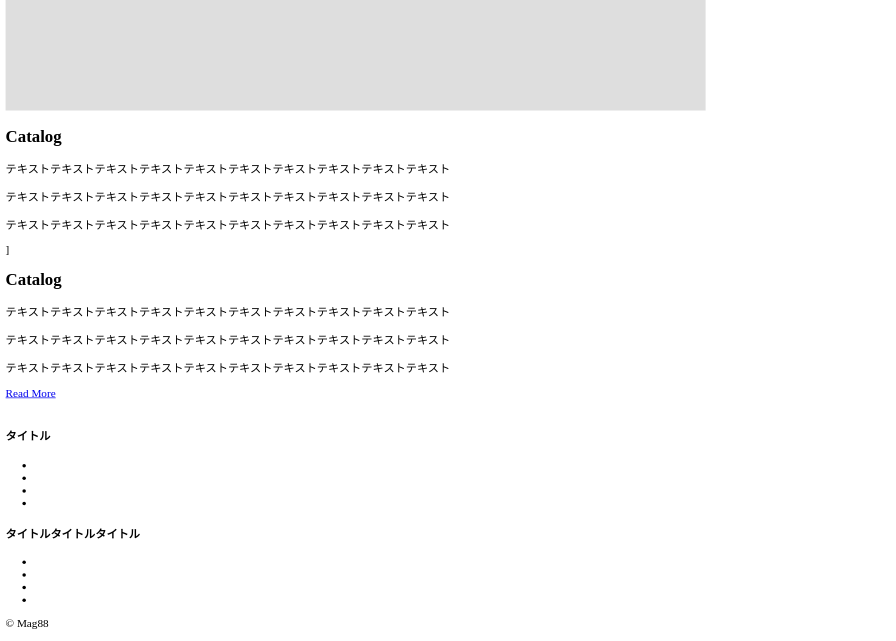
Repository: Fuki-san/bookstore
Page: http://localhost/book
These files come from the project's save history. The page is drawn as it stood at one moment and after the next save; the edit follows.
The browser window is 1280 px wide. The pictures show the part of the page from y = 3407 to 5327 px (the page is 4323 px tall before and 5327 px after), at 70% of full size.
The page is served by the project's Laravel application, run on PHP 8.4 with Laravel 10. Other server files are loaded and not shown.

Above is the page before, as saved 2023-11-20 12:23:37.

### routes/web.php
<?php

use Illuminate\Support\Facades\Route;

/*
|--------------------------------------------------------------------------
| Web Routes
|--------------------------------------------------------------------------
|
| Here is where you can register web routes for your application. These
| routes are loaded by the RouteServiceProvider and all of them will
| be assigned to the "web" middleware group. Make something great!
|
*/

Route::get('/', function () {
    return view('welcome');
});

Route::get('book', function() {
    return view('bookstore');
})->name('book');

### resources/views/bookstore.blade.php
@extends('layouts.main')

@section('title', 'bookstore')

@section('content')
    <header>
        <h1 class="site-title"><img src="img/logo.svg" alt="Mag88"></h1>
    </header>

    <main>
        <section id="magazine" class="wrapper">
            <h2 class="sec-title">A special, long article in a newspaper or magazine</h2>
            <p>テキストテキスト</p>
            <div class="flex-item">
                <a class="item" href="#">
                    <img src="img/magazine-archive.jpg">
                    <div class="text">
                        <p class="title">Archive</p>
                        <p>
                            テキストテキストテキストテキスト<br>
                            テキストテキスト
                        </p>
                    </div>
                </a>
                <a href="#" class="item">
                    <img src="img/magazine-new.jpg">
                    <div class="text">
                        <p class="title">New</p>
                        <p>
                            テキストテキストテキストテキスト<br>
                            テキストテキスト
                        </p>
                    </div>
                </a>
            </div>
        </section>

        <section id="fashion">
            <div class="wrapper">
                <h2 class="sec-title">Fashion &amp; Style</h2>
                <p>
                テキストテキストテキストテキスト<br>
                テキストテキスト
                </p>
                <a href="#" btn>Read More</a>
            </div>
        </section>

        <section class="catalog-antique">]
            <div class="flex-item wrapper">
                <div class="item">
                    <img src="img/catalog.jpg">
                </div>
                <div class="item">
                    <h2 class="sec-title">Catalog</h2>
                    <p>テキストテキストテキストテキストテキストテキストテキストテキストテキストテキスト</p>
                    <p>テキストテキストテキストテキストテキストテキストテキストテキストテキストテキスト</p>
                    <p>テキストテキストテキストテキストテキストテキストテキストテキストテキストテキスト</p>
                </div>
            </div>
        </section>
        <section class="catalog-antique">]
            <div class="flex-item wrapper">
                <div class="item">
                    <h2 class="sec-title">Catalog</h2>
                    <p>テキストテキストテキストテキストテキストテキストテキストテキストテキストテキスト</p>
                    <p>テキストテキストテキストテキストテキストテキストテキストテキストテキストテキスト</p>
                    <p>テキストテキストテキストテキストテキストテキストテキストテキストテキストテキスト</p>
                    <a href="#" class="btn">Read More</a>
                </div>
            </div>
        </section>
    </main>


    <footer>
        <div class="footer-menu">
            <img src="">
            <h4>タイトル</h4>
            <ul>
                <li></li>
                <li></li>
                <li></li>
                <li></li>
            </ul>
            <h4>タイトルタイトルタイトル</h4>
            <ul>
                <li></li>
                <li></li>
                <li></li>
                <li></li>
            </ul>
        </div>
        <p>&copy; Mag88</p>
    </footer>
@endsection

### resources/views/layouts/main.blade.php
<!DOCTYPE html>
<html lang="ja">
<head>
    <meta charset="UTF-8">
    <meta name="viewport" content="width=device-width, initial-scale=1.0">
    <meta http-equiv="X-UA-Compatible" content="ie=edge">
    <link rel="stylesheet" href="{{ asset('css/reset.css') }}">
    <link rel="stylesheet" href="{{ asset('css/style.css') }}">
    <link rel="icon" href="img/favicon.ico">
    <title>@yield('title')</title>
</head>
<body>
    @yield('content')
</body>
</html>

### public/img/logo.svg
<?xml version="1.0" encoding="utf-8"?>
<!-- Generator: Adobe Illustrator 15.1.0, SVG Export Plug-In . SVG Version: 6.00 Build 0)  -->
<!DOCTYPE svg PUBLIC "-//W3C//DTD SVG 1.1//EN" "http://www.w3.org/Graphics/SVG/1.1/DTD/svg11.dtd">
<svg version="1.1" id="レイヤー_1" xmlns="http://www.w3.org/2000/svg" xmlns:xlink="http://www.w3.org/1999/xlink" x="0px"
	 y="0px" width="120px" height="40px" viewBox="0 0 120 40" enable-background="new 0 0 120 40" xml:space="preserve">
<text transform="matrix(1 0 0 1 11.667 -25.8213)" fill="#2B3137" font-family="'Arial-BoldMT'" font-size="31.8021">Mag88</text>
<rect fill="#2A2A2A" width="120" height="40"/>
<g>
	<path fill="#FFFFFF" d="M13.351,29.333V6.568h6.879l4.13,15.529l4.084-15.529h6.895v22.765h-4.271v-17.92l-4.519,17.92h-4.425
		l-4.503-17.92v17.92H13.351z"/>
	<path fill="#FFFFFF" d="M43.134,17.872l-3.96-0.714c0.445-1.595,1.211-2.774,2.299-3.54c1.087-0.766,2.701-1.149,4.845-1.149
		c1.946,0,3.396,0.23,4.348,0.69c0.952,0.461,1.623,1.047,2.011,1.756c0.389,0.709,0.582,2.01,0.582,3.904l-0.046,5.094
		c0,1.449,0.069,2.518,0.21,3.207c0.139,0.688,0.4,1.426,0.783,2.213h-4.316c-0.113-0.29-0.254-0.72-0.419-1.289
		c-0.073-0.259-0.124-0.43-0.155-0.513c-0.746,0.725-1.543,1.269-2.392,1.63c-0.849,0.363-1.755,0.544-2.718,0.544
		c-1.697,0-3.035-0.46-4.014-1.382s-1.467-2.086-1.467-3.494c0-0.932,0.222-1.762,0.667-2.492c0.444-0.73,1.069-1.289,1.871-1.677
		c0.802-0.389,1.959-0.728,3.471-1.018c2.039-0.383,3.452-0.739,4.239-1.071v-0.435c0-0.839-0.207-1.437-0.621-1.794
		s-1.195-0.535-2.345-0.535c-0.776,0-1.382,0.152-1.817,0.458C43.755,16.571,43.403,17.106,43.134,17.872z M48.973,21.413
		c-0.559,0.187-1.444,0.409-2.655,0.668c-1.212,0.259-2.003,0.512-2.376,0.761c-0.569,0.403-0.854,0.916-0.854,1.537
		c0,0.61,0.227,1.14,0.683,1.584c0.456,0.445,1.035,0.667,1.739,0.667c0.787,0,1.537-0.258,2.252-0.775
		c0.527-0.394,0.875-0.875,1.04-1.444c0.114-0.373,0.171-1.081,0.171-2.128V21.413z"/>
	<path fill="#FFFFFF" d="M57.157,30.419l4.984,0.605c0.083,0.58,0.274,0.979,0.574,1.196c0.414,0.311,1.066,0.466,1.957,0.466
		c1.139,0,1.992-0.171,2.563-0.512c0.383-0.229,0.673-0.596,0.869-1.104c0.135-0.362,0.202-1.029,0.202-2.003v-2.407
		c-1.304,1.781-2.95,2.672-4.938,2.672c-2.215,0-3.97-0.938-5.264-2.811c-1.015-1.48-1.521-3.324-1.521-5.529
		c0-2.764,0.664-4.875,1.995-6.335c1.33-1.46,2.983-2.189,4.962-2.189c2.039,0,3.721,0.896,5.046,2.687v-2.314h4.084V27.64
		c0,1.946-0.161,3.4-0.481,4.363s-0.771,1.719-1.351,2.268c-0.58,0.549-1.354,0.979-2.321,1.289
		c-0.969,0.311-2.192,0.466-3.673,0.466c-2.795,0-4.778-0.479-5.947-1.437c-1.17-0.957-1.755-2.172-1.755-3.642
		C57.141,30.802,57.147,30.626,57.157,30.419z M61.054,20.745c0,1.75,0.339,3.031,1.017,3.844c0.679,0.813,1.515,1.219,2.508,1.219
		c1.066,0,1.967-0.416,2.703-1.25c0.734-0.834,1.102-2.068,1.102-3.703c0-1.709-0.352-2.977-1.056-3.805s-1.595-1.242-2.671-1.242
		c-1.045,0-1.907,0.406-2.586,1.219C61.393,17.839,61.054,19.079,61.054,20.745z"/>
	<path fill="#FFFFFF" d="M79.797,17.05c-1.129-0.477-1.949-1.131-2.462-1.965c-0.513-0.833-0.769-1.746-0.769-2.74
		c0-1.697,0.593-3.101,1.778-4.208c1.185-1.107,2.87-1.662,5.054-1.662c2.164,0,3.844,0.554,5.039,1.662
		c1.196,1.108,1.794,2.511,1.794,4.208c0,1.056-0.274,1.995-0.823,2.818c-0.549,0.822-1.32,1.451-2.313,1.887
		c1.263,0.508,2.224,1.248,2.88,2.221c0.658,0.973,0.986,2.096,0.986,3.369c0,2.102-0.67,3.811-2.011,5.125
		s-3.124,1.972-5.349,1.972c-2.071,0-3.795-0.544-5.172-1.63c-1.625-1.284-2.438-3.045-2.438-5.28c0-1.231,0.305-2.362,0.916-3.394
		C77.52,18.403,78.482,17.608,79.797,17.05z M80.293,22.407c0,1.201,0.309,2.138,0.924,2.811c0.616,0.673,1.385,1.01,2.307,1.01
		c0.9,0,1.646-0.324,2.236-0.971c0.59-0.647,0.885-1.582,0.885-2.803c0-1.066-0.301-1.924-0.9-2.57
		c-0.602-0.646-1.361-0.971-2.283-0.971c-1.066,0-1.861,0.367-2.383,1.103C80.555,20.751,80.293,21.548,80.293,22.407z
		 M80.698,12.655c0,0.869,0.246,1.547,0.737,2.034c0.491,0.486,1.146,0.729,1.964,0.729c0.828,0,1.491-0.246,1.988-0.737
		s0.745-1.173,0.745-2.042c0-0.818-0.246-1.473-0.737-1.965c-0.492-0.491-1.142-0.737-1.949-0.737c-0.838,0-1.506,0.249-2.003,0.745
		C80.946,11.18,80.698,11.837,80.698,12.655z"/>
	<path fill="#FFFFFF" d="M97.484,17.05c-1.128-0.477-1.948-1.131-2.462-1.965c-0.512-0.833-0.768-1.746-0.768-2.74
		c0-1.697,0.592-3.101,1.777-4.208c1.186-1.107,2.871-1.662,5.055-1.662c2.164,0,3.844,0.554,5.039,1.662
		c1.195,1.108,1.793,2.511,1.793,4.208c0,1.056-0.273,1.995-0.822,2.818c-0.549,0.822-1.32,1.451-2.314,1.887
		c1.264,0.508,2.224,1.248,2.881,2.221c0.658,0.973,0.986,2.096,0.986,3.369c0,2.102-0.67,3.811-2.012,5.125
		c-1.34,1.314-3.123,1.972-5.349,1.972c-2.071,0-3.794-0.544-5.171-1.63c-1.625-1.284-2.438-3.045-2.438-5.28
		c0-1.231,0.305-2.362,0.916-3.394C95.207,18.403,96.168,17.608,97.484,17.05z M97.981,22.407c0,1.201,0.308,2.138,0.924,2.811
		c0.615,0.673,1.385,1.01,2.307,1.01c0.9,0,1.646-0.324,2.235-0.971c0.591-0.647,0.886-1.582,0.886-2.803
		c0-1.066-0.301-1.924-0.901-2.57s-1.361-0.971-2.282-0.971c-1.066,0-1.861,0.367-2.384,1.103S97.981,21.548,97.981,22.407z
		 M98.385,12.655c0,0.869,0.245,1.547,0.736,2.034c0.492,0.486,1.146,0.729,1.965,0.729c0.828,0,1.49-0.246,1.988-0.737
		c0.496-0.491,0.744-1.173,0.744-2.042c0-0.818-0.246-1.473-0.736-1.965c-0.492-0.491-1.143-0.737-1.949-0.737
		c-0.839,0-1.506,0.249-2.004,0.745C98.633,11.18,98.385,11.837,98.385,12.655z"/>
</g>
</svg>

Loaded but not shown: public/css/style.css (no copy from this time; the picture is the same without it)

After the next save:
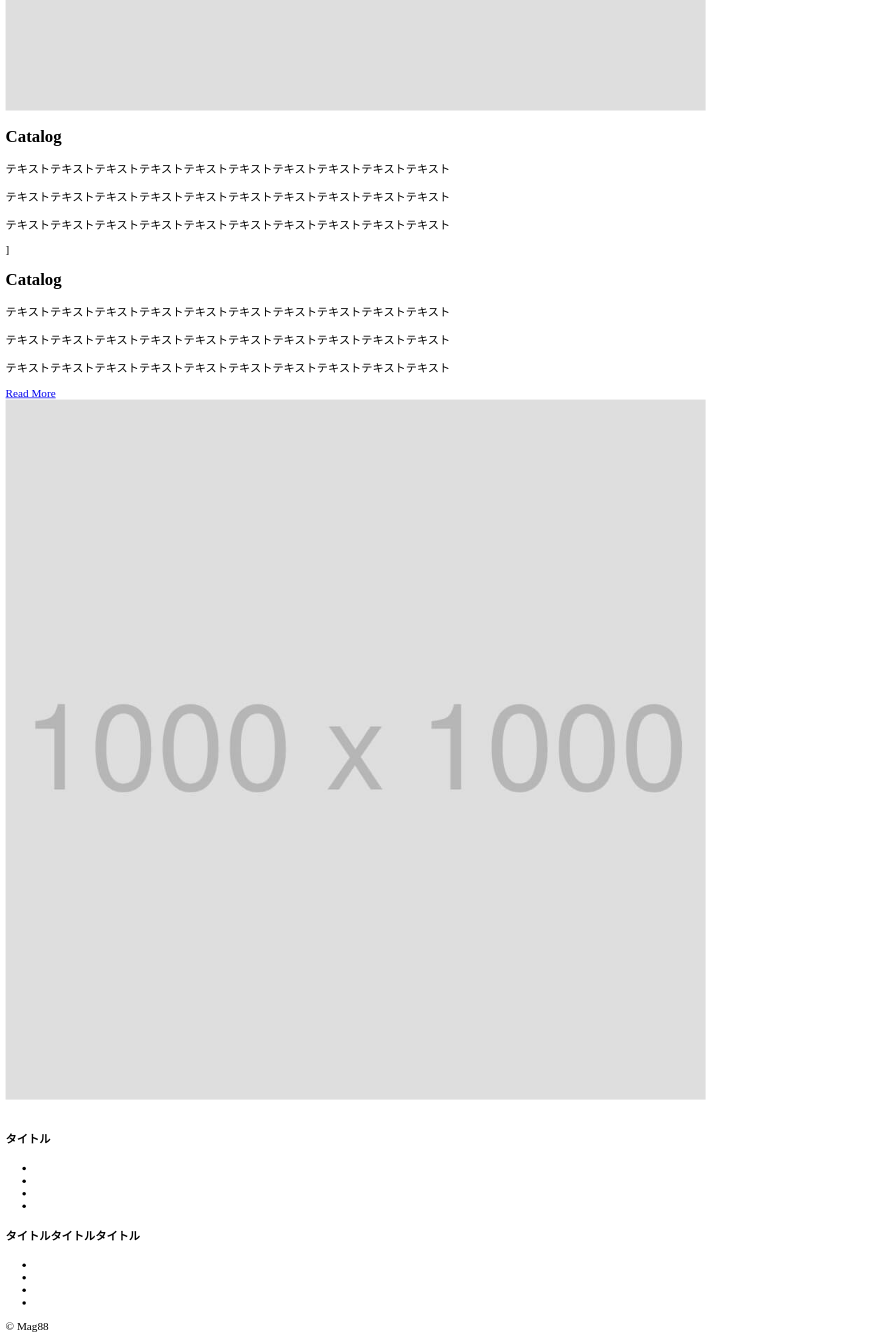
Saved 5 s later.
--- a/resources/views/bookstore.blade.php
+++ b/resources/views/bookstore.blade.php
@@ -39,8 +39,8 @@
             <div class="wrapper">
                 <h2 class="sec-title">Fashion &amp; Style</h2>
                 <p>
-                テキストテキストテキストテキスト<br>
-                テキストテキスト
+                    テキストテキストテキストテキスト<br>
+                    テキストテキスト
                 </p>
                 <a href="#" btn>Read More</a>
             </div>
@@ -68,6 +68,9 @@
                     <p>テキストテキストテキストテキストテキストテキストテキストテキストテキストテキスト</p>
                     <a href="#" class="btn">Read More</a>
                 </div>
+                <div class="item">
+                    <img src="img/catalog.jpg">
+                </div>
             </div>
         </section>
     </main>
